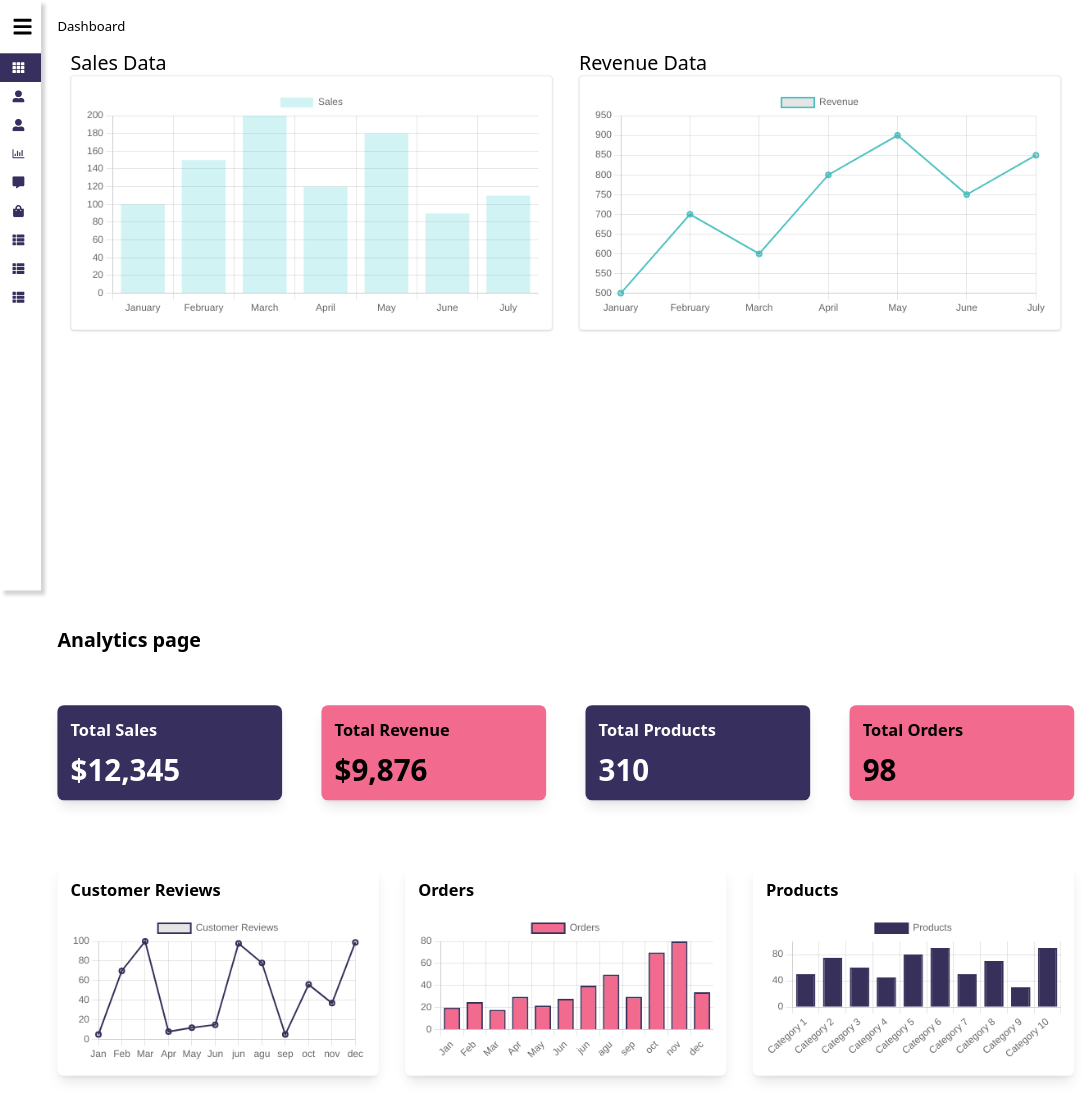
Repository: AndargWorku12/admin-dashboard
Page: /
An editor plug-in stored every save of this project. The page is shown before and after the next save, followed by the edit.
The browser window is 1280 px wide. The page is 1330 px wide, so the pictures cover 1330 px, including what lies to the right of the window. The pictures show the whole page, at 82% of full size.
The project was rebuilt for these pictures with package versions that can differ from the ones it lists, and the page was loaded fresh each time. Also part of the build but not shown: src/styles/orders.css, src/pages/OrderTable.tsx, src/pages/OrderModal.tsx, src/pages/Orders.tsx, src/pages/CategoryDropdown.tsx, src/pages/CategoryModal.tsx, src/pages/CategoryPage.tsx, src/styles/login.css and 9 more.

Above is the page before, as saved 2024-02-02 03:36:20.

### src/index.tsx
import { ColorModeScript } from "@chakra-ui/react"
import * as React from "react"
import * as ReactDOM from "react-dom/client"
import App from "./App"
import './index.css'

const container = document.getElementById("root")
if (!container) throw new Error('Failed to find the root element');
const root = ReactDOM.createRoot(container)

root.render(

  <React.StrictMode>
    <ColorModeScript />
    <App />
  </React.StrictMode>,

)

### src/components/Sidebar.tsx
import React, { useState } from 'react';
import ReactNode from "react";
import {
    FaTh,
    FaBars,
    FaUserAlt,
    FaRegChartBar,
    FaCommentAlt,
    FaShoppingBag,
    FaThList
} from 'react-icons/fa';
import { NavLink, NavLinkProps } from 'react-router-dom';



interface MenuItem {
    path: string;
    name: string;
    icon: JSX.Element;
}

interface SidebarProps {
  children: React.ReactNode;
}
    const Sidebar: React.FC<React.PropsWithChildren<{}>> = ({ children }) => {
    const [isOpen, setIsOpen] = useState(false);

    const toggle = () => setIsOpen(!isOpen);

    const menuItems: MenuItem[] = [
        {
            path: '/',
            name: 'Dashboard',
            icon: <FaTh />,
        },
        {
            path: '/login',
            name: 'Login',
            icon: <FaUserAlt />,
        },
        {
          path: '/signup',
          name: 'Register form',
          icon: <FaUserAlt />,
      },
        {
            path: '/analytics',
            name: 'Analytics',
            icon: <FaRegChartBar />,
        },
        {
            path: '/review',
            name: 'CustemerReview',
            icon: <FaCommentAlt />,
        },
        {
            path: '/product',
            name: 'Product',
            icon: <FaShoppingBag />,
        },
        {
            path: '/category',
            name: 'Category List',
            icon: <FaThList />,
        },
        {
          path: '/orders',
          name: 'Orders',
          icon: <FaThList />,
      },
      {
        path: '/shop',
        name: 'Sample product',
        icon: <FaThList />,
    },
    ];

    return (
        <div className="container">
            <div style={{ width: isOpen ? '200px' : '50px' }} className="sidebar">
                <div className="top_section">
                    <h1 style={{ display: isOpen ? 'block' : 'none' }} className="logo">
                        Logo
                    </h1>
                    <div style={{ marginLeft: isOpen ? '50px' : '0px' }} className="bars">
                        <FaBars onClick={toggle} />
                    </div>
                </div>
                {menuItems.map((item, index) => (
                    <NavLink to={item.path} key={index} className="link"
                    //  activeClassName="active"
                     >
                        <div className="icon">{item.icon}</div>
                        <div style={{ display: isOpen ? 'block' : 'none' }} className="link_text text-sm">
                            {item.name}
                        </div>
                    </NavLink>
                ))}
            </div>
            <main>{children}</main>
        </div>
    );
};

export default Sidebar;

### src/pages/Dashboard.tsx
import React from 'react';
import { Bar, Line } from 'react-chartjs-2';
import {
  Chart as ChartJS,
  CategoryScale,
  LinearScale,
  BarElement,
  PointElement,
  LineElement,
  Title,
  Tooltip,
  Legend,
} from 'chart.js';
import AnalyticsPage from './Analytics';

ChartJS.register(
  CategoryScale,
  LinearScale,
  BarElement,
  PointElement,
  LineElement,
  Title,
  Tooltip,
  Legend
);
// import Chart from 'chart.js/auto';
// Assuming saleData and revenueData are custom types
type SaleData = {
  date: string;
  amount: number;
};

type RevenueData = {
  month: string;
  revenue: number;
};

interface DashboardProps {
  saleData: SaleData[];
  revenueData: RevenueData[];
}

const Dashboard: React.FC<DashboardProps> = ({ saleData, revenueData }) => {
  const barChartData = {
    labels: ['January', 'February', 'March', 'April', 'May', 'June', 'July'],
    datasets: [
      {
        label: 'Sales',
        data: saleData.map((data) => data.amount),
        backgroundColor: 'rgba(34,192,192,0.2)',



      },
    ],
  };

  const lineChartData = {
    labels: ['January', 'February', 'March', 'April', 'May', 'June', 'July'],
    datasets: [
      {
        label: 'Revenue',
        data: revenueData.map((data) => data.revenue),
        fill: false,
        borderColor: 'rgba(75,192,192,1)',
        borderWidth: 2,
        //some thing


      },
    ],
  };

  return (
    <div>
      <h2>Dashboard</h2>
<div className="flex h-screen">
      <div className="flex-1 max-w-screen-md p-4">
        <h3 className="text-2xl">Sales Data</h3>
        <div className="border p-4 bg-white rounded shadow">
        <Bar data={barChartData} />
      </div>
      </div>

      <div className="flex-1 max-w-screen-md p-4">
        <h3 className="text-2xl">Revenue Data</h3>
        <div className="border p-4 bg-white rounded shadow" >
        <Line data={lineChartData} />
        </div>
      </div>
      </div>
      <div>
      <AnalyticsPage/>
      </div>
    </div>
  );
};

export default Dashboard;











// import React from 'react';
// import { Bar, Line } from 'react-chartjs-2';

// interface DashboardProps {
//   saleData: saleData[];
//   revenueData: revenueData[];
// }

// const Dashboard: React.FC<DashboardProps> = ({ saleData, revenueData }) => {
//   const barChartData = {
//     labels: ['January', 'February', 'March', 'April', 'May', 'June', 'July'],
//     datasets: [
//       {
//         label: 'Sales',
//         data: saleData,
//         backgroundColor: 'rgba(75,192,192,0.2)',
//         borderColor: 'rgba(75,192,192,1)',
//         borderWidth: 1,
//       },
//     ],
//   };

//   const lineChartData = {
//     labels: ['January', 'February', 'March', 'April', 'May', 'June', 'July'],
//     datasets: [
//       {
//         label: 'Revenue',
//         data: revenueData,
//         fill: false,
//         borderColor: 'rgba(75,192,192,1)',
//         borderWidth: 2,
//       },
//     ],
//   };

//   return (
//     <div>
//       <h2>Dashboard</h2>

//       <div>
//         <h3>Sales Data</h3>
//         <Bar data={barChartData} />
//       </div>

//       <div>
//         <h3>Revenue Data</h3>
//         <Line data={lineChartData} />
//       </div>
//     </div>
//   );
// };

// export default Dashboard;

### src/pages/Analytics.tsx

// Install dependencies:
// npm install react-chartjs-2 chart.js

import React from 'react';
import { Bar, Line } from 'react-chartjs-2';
import '../styles/analytics.css'
const AnalyticsPage: React.FC = () => {
  // Sample data
  const customerReviewData = {
    labels: ['Jan', 'Feb', 'Mar', 'Apr', 'May', 'Jun','jun','agu','sep','oct','nov','dec'],
    datasets: [
      {
        label: 'Customer Reviews',
        data: [5, 70, 100, 8, 12, 15,98,78,5,56,37,99],
        borderColor: '#37305A',
        borderWidth: 2,
        fill: false,
      },
    ],
  };

  const ordersData = {
    labels: ['Jan', 'Feb', 'Mar', 'Apr', 'May', 'Jun','jun','agu','sep','oct','nov','dec'],
    datasets: [
      {
        label: 'Orders',
        data: [20, 25, 18, 30, 22, 28,40,50,30,70,80,34],
        backgroundColor: '#F26A8D',
        borderColor: '#37305A',
        borderWidth: 2,
      },
    ],
  };

  const productsData = {
    labels: ['Category 1', 'Category 2', 'Category 3', 'Category 4', 'Category 5','Category 6','Category 7','Category 8','Category 9','Category 10'],
    datasets: [
      {
        label: 'Products',
        data: [50, 75, 60, 45, 80,90,50,70,30,90],
        backgroundColor: '#37305A',
        borderColor: '#37305A',
        borderWidth: 2,

      },
    ],
  };

  return (
    <>
    <h2 className='text-black font-bold text-2xl mb-16'>Analytics page</h2>

    <div className="col-span-4 md:col-span-2 lg:col-span-1 flex justify-between gap-8 mb-20 ">
          <div className="card1 p-4 rounded-lg shadow-lg flex-1 mr-4">
            <h2 className="text-xl font-bold mb-4">Total Sales</h2>
            <p className="text-4xl font-bold">$12,345</p>
          </div>
                {/* <div className='gap-8 col-span-3 md:col-span-2 lg:col-span-1 flex justify-between w-48'> */}
          <div className=" card2 p-4 rounded-lg shadow-lg flex-1 mr-4">
            <h2 className="text-xl font-bold mb-4">Total Revenue</h2>
            <p className="text-4xl font-bold">$9,876</p>
          </div>



          <div className="card1 p-4 rounded-lg shadow-lg flex-1 mr-4">
            <h2 className="text-xl font-bold mb-4">Total Products</h2>
            <p className="text-4xl font-bold">310</p>
          </div>


          <div className="card2 p-4 rounded-lg shadow-lg flex-1">
            <h2 className="text-xl font-bold mb-4">Total Orders</h2>
            <p className="text-4xl font-bold">98</p>
          </div>
          {/* <div className="bg-white p-4 rounded-lg shadow-lg flex-1">
            <h2 className="text-xl font-bold mb-4">Total Categories</h2>
            <p className="text-4xl font-bold">15</p>
          </div> */}
          {/* </div> */}
        </div>
    <div className="container mx-auto my-8 ">

      <div className=" chart grid grid-cols-1 md:grid-cols-2 lg:grid-cols-3 gap-8 w-screen">
        {/* Customer Reviews Chart */}
        <div className="customer bg-white p-4 rounded-lg shadow-lg ">
          <h2 className="text-xl font-bold mb-4">Customer Reviews</h2>
          <Line data={customerReviewData} />
        </div>

        {/* Orders Chart */}
        <div className="orders bg-white p-4 rounded-lg shadow-lg">
          <h2 className="text-xl font-bold mb-4">Orders</h2>
          <Bar data={ordersData} />
        </div>

        {/* Products Chart */}
        <div className=" product bg-white p-4 rounded-lg shadow-lg ">
          <h2 className="text-xl font-bold mb-4">Products</h2>
          <Bar data={productsData} />
        </div>

        {/* Total Metrics Cards */}
        {/* <div className='col-span-3 md:col-span-2 lg:col-span-1 flex justify-between gap-10'> */}


        {/* <div className="col-span-3 md:col-span-2 lg:col-span-1 flex justify-between gap-8 w-48">
          <div className="bg-white p-4 rounded-lg shadow-lg flex-1 mr-4">
            <h2 className="text-xl font-bold mb-4">Total Reviews</h2>
            <p className="text-4xl font-bold">135</p>
          </div>




        </div> */}


        {/* </div> */}
      </div>
    </div>
    </>
  );
};

export default AnalyticsPage;

### src/App.css
* {
    margin: 0;
    padding: 0;
    text-decoration: none;
    /* background: #fff; */
    /* color: #fff; */
    /* background: #0e1630 */
    /* background-color: #0e1630; */
}

.container {
    display: flex;
}

main {
    width: 100%;
    padding: 20px;
}

.sidebar {
    background: #fff;
    /* background: #0e1630; */
    box-shadow: 5px 5px 4px rgb(212, 212, 212);
    color: #000;
    height: 100vh;
    width: 200px;
    transition: all 0.5s;
}

.top_section {
    display: flex;
    align-items: center;
    padding: 20px 15px;
}

.logo {
    font-size: 30px;
}

.bars {
    display: flex;
    font-size: 25px;
    margin-left: 50px;
}

.link {
    display: flex;
    color: #37305F;
    padding: 10px 15px;
    gap: 15px;
    transition: all 0.5s;
}

.link:hover {
    background: #37305F;
    color: #fff;
    transition: all 0.5s;
}

.active {
    background: #37305F;
    color: #fff;
}

.icon,
.link_text {
    font-size: 15px;
}

### src/styles/analytics.css
.card1 {
    background: #37305F;
    color: #fff;
}

.card2 {
    background: #F26A8D;
    color: black;
}


/* .chart {
    box-shadow: 0.5px 0.5px 0.5px gray;
} */

.customer {
    max-width: 400px;
}

.orders {
    max-width: 400;
}

.product {
    max-width: 400px;
}

Loaded but not shown: public/index.html (common file); src/index.css (common file); tailwind.config.js (common file); src/App.tsx (328 lines, source omitted)

After the next save:
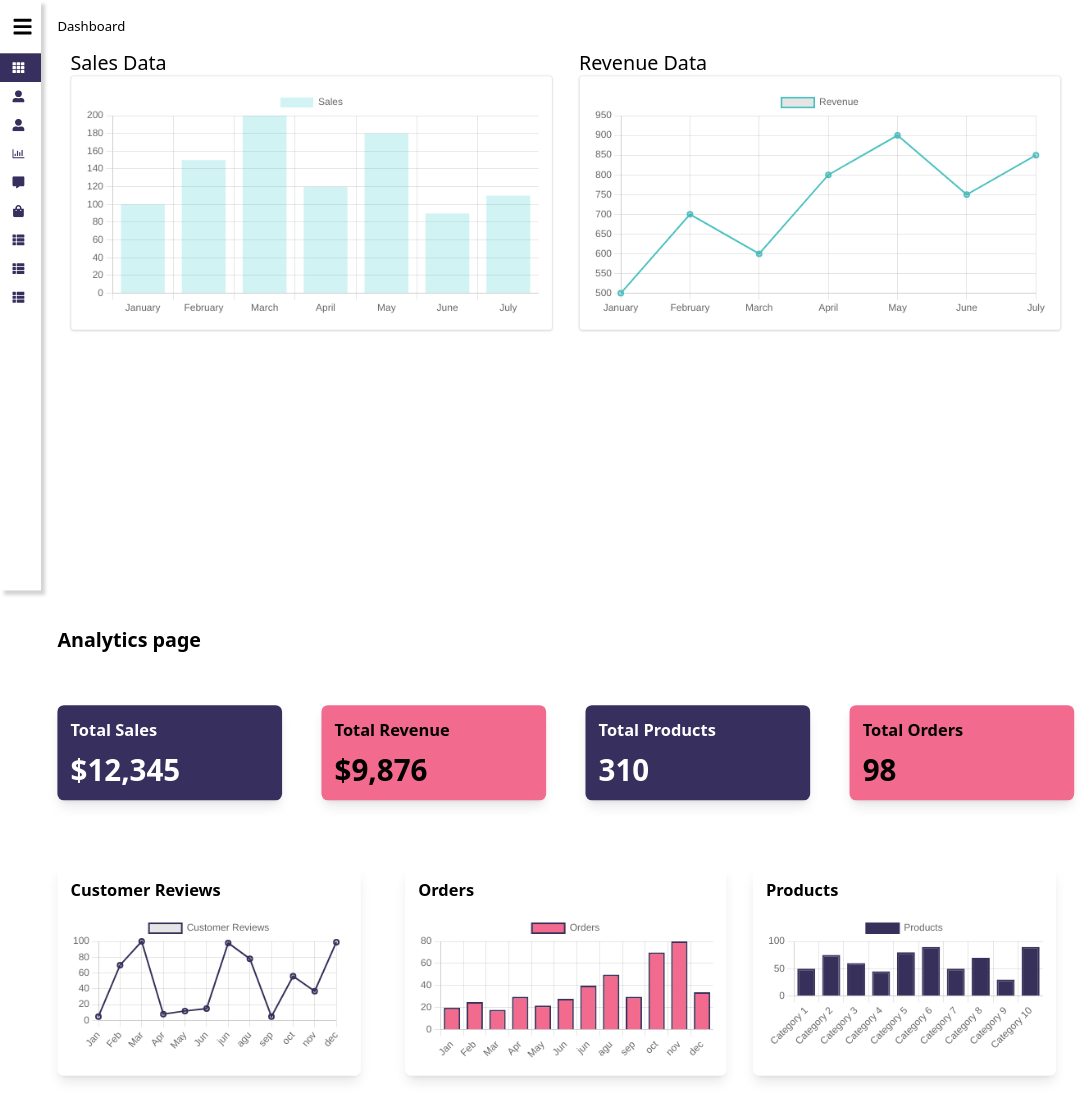
Saved 34 s later.
--- a/src/styles/analytics.css
+++ b/src/styles/analytics.css
@@ -14,13 +14,13 @@
 } */
 
 .customer {
-    max-width: 400px;
+    max-width: 370px;
 }
 
 .orders {
-    max-width: 400;
+    max-width: 3700;
 }
 
 .product {
-    max-width: 400px;
+    max-width: 370px;
 }

After the save that followed:
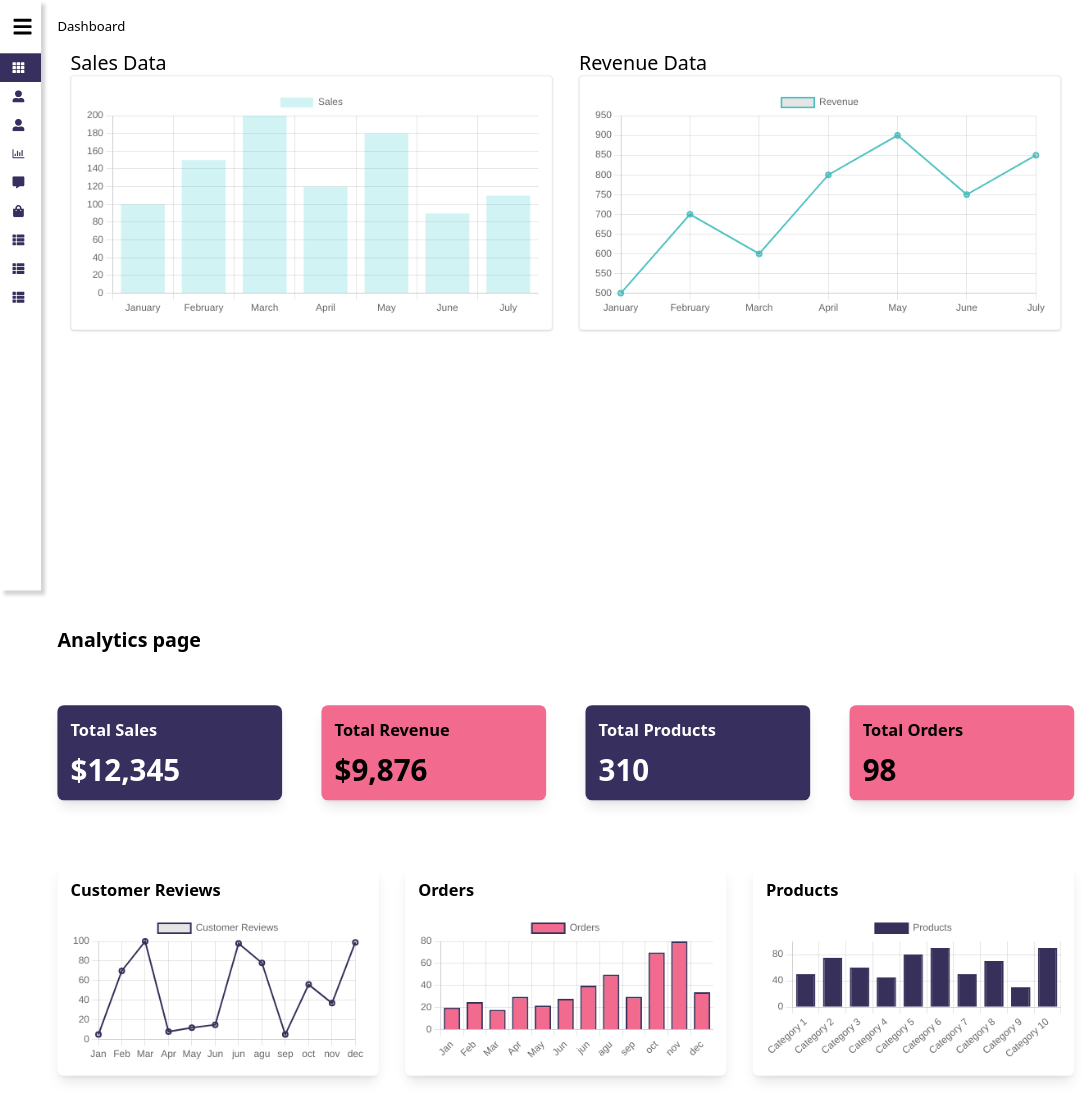
Saved 27 s later.
--- a/src/styles/analytics.css
+++ b/src/styles/analytics.css
@@ -13,7 +13,8 @@
     box-shadow: 0.5px 0.5px 0.5px gray;
 } */
 
-.customer {
+
+/* .customer {
     max-width: 370px;
 }
 
@@ -23,4 +24,4 @@
 
 .product {
     max-width: 370px;
-}
+} */
